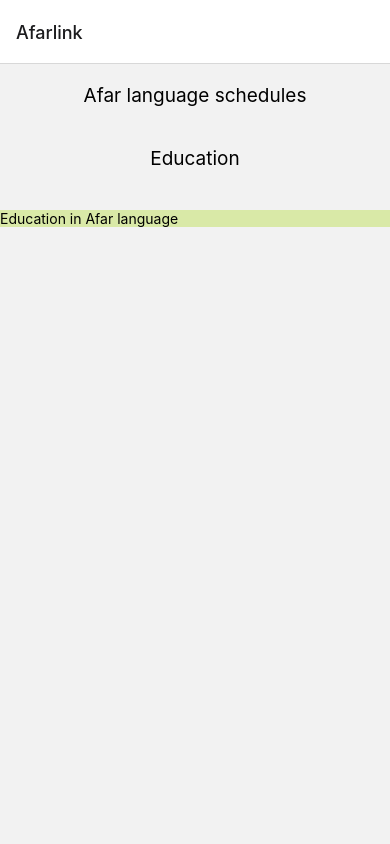
Repository: abdurehmanali611/Assunah_TV
Screen: /Afarlink
An editor plug-in stored every save of this project. The screen is shown before and after a run of saves, followed by the edit.
The app was drawn by React Native's web renderer in a window 390 px wide. The project was rebuilt for these pictures with package versions that can differ from the ones it lists, and the page was loaded fresh each time. Also part of the build but not shown: Components/Login.js, Components/SignUp.js, Constants/Home.js, Constants/AboutUs.js, Constants/Contacts.js, Constants/AssunahFolder.js, Constants/AssunahKids.js, Constants/AdditionalExtra.js and 29 more.

Above is the screen before, as saved 2023-12-27 00:20:00.

After the next 2 saves:
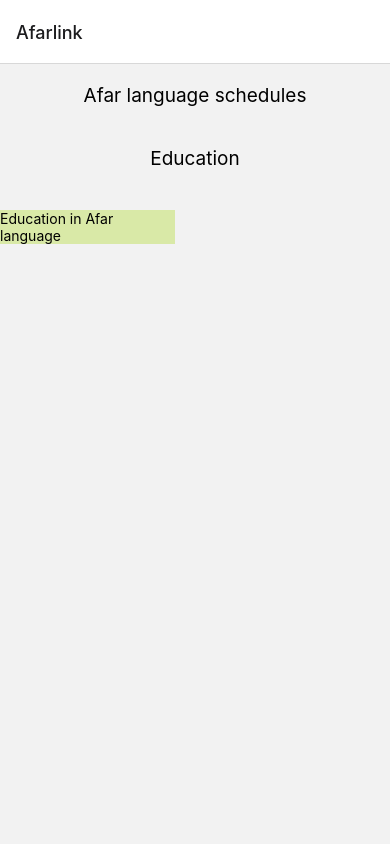
The 2 saves are shown as one change because they came seconds apart.
The last was saved 7 s later.
--- a/Program_Links/Afarlink.js
+++ b/Program_Links/Afarlink.js
@@ -36,7 +36,7 @@ const styles = StyleSheet.create ({
     afarders: {
         marginVertical: 20,
         backgroundColor: randomRGB(),
-
+        width: 175
     }
 })
 
